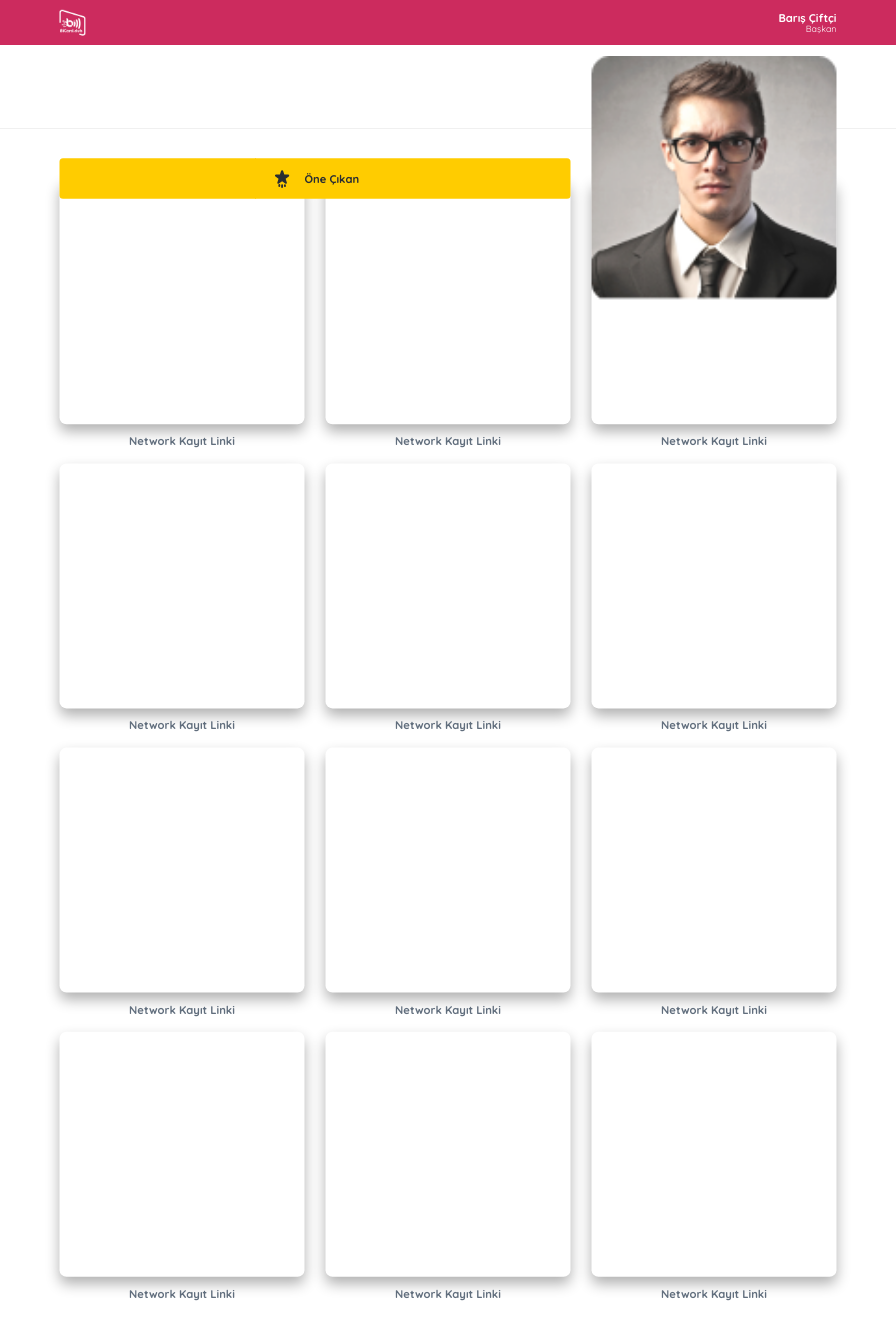
Repository: KayahanKahriman/bicard
Page: index.html
An editor plug-in stored every save of this project. The page is shown before and after the next save, followed by the edit.
The browser window is 1280 px wide. The pictures show the whole page, at 70% of full size.
The style sheet was rebuilt from its Sass, Less or Tailwind sources for each picture, by a compiler version that may differ from the author's.

Above is the page before, as saved 2021-12-01 12:53:00.

### index.html
<!doctype html>
<html>

<head>
    <meta name="viewport" content="width=device-width, initial-scale=1, maximum-scale=1, user-scalable=no">
    <meta charset="utf-8" />
    <title>Title</title>
    <link rel="preconnect" href="https://fonts.googleapis.com">
    <link rel="preconnect" href="https://fonts.gstatic.com" crossorigin>
    <link href="https://fonts.googleapis.com/css2?family=Quicksand:wght@400;500;700&display=swap" rel="stylesheet">
    <link href="./assets/css/style.css" type="text/css" rel="stylesheet" />
</head>

<body>
    <header id="app-bar">
        <div class="container h-100">
            <div class="row h-100 align-items-center justify-content-between">
                <div class="col-1">
                    <img src="./assets/images/logo.png" alt="">
                </div>
                <div class="col-11">
                    <div id="app-bar-right">
                        <p id="person-name">Barış Çiftçi</p>
                        <p id="person-title">Başkan</p>
                    </div>
                </div>
            </div>
        </div>
    </header>

    <section id="profile" class="py-3">
        <div class="container">
            <div class="row align-items-center justify-content-center text-center">
                <div class="col-8">
                    <a href="#" class="button jumbo-button button-has-icon"><img src="./assets/images/ranking.svg" alt="">Öne Çıkan</a>
                </div>
                <div class="col-4">
                    <img class="img-contain" src="./assets/images/avatar.png" alt="">
                </div>
            </div>
        </div>
    </section>

    <section id="icon-grid" class="py-3">
        <div class="container">
            <div class="row">
                <div class="col-4 mb-4">
                    <div class="icon-grid-item">
                        <div class="icon-grid-item-icon">
                            <img src="./assets/images/user-add.png" alt="">
                        </div>
                        <div class="icon-grid-item-title">
                            Network Kayıt Linki
                        </div>
                    </div>
                </div>
                <div class="col-4 mb-4">
                    <div class="icon-grid-item">
                        <div class="icon-grid-item-icon">
                            <img src="./assets/images/user-add.png" alt="">
                        </div>
                        <div class="icon-grid-item-title">
                            Network Kayıt Linki
                        </div>
                    </div>
                </div>
                <div class="col-4 mb-4">
                    <div class="icon-grid-item">
                        <div class="icon-grid-item-icon">
                            <img src="./assets/images/user-add.png" alt="">
                        </div>
                        <div class="icon-grid-item-title">
                            Network Kayıt Linki
                        </div>
                    </div>
                </div>
                <div class="col-4 mb-4">
                    <div class="icon-grid-item">
                        <div class="icon-grid-item-icon">
                            <img src="./assets/images/user-add.png" alt="">
                        </div>
                        <div class="icon-grid-item-title">
                            Network Kayıt Linki
                        </div>
                    </div>
                </div>
                <div class="col-4 mb-4">
                    <div class="icon-grid-item">
                        <div class="icon-grid-item-icon">
                            <img src="./assets/images/user-add.png" alt="">
                        </div>
                        <div class="icon-grid-item-title">
                            Network Kayıt Linki
                        </div>
                    </div>
                </div>
                <div class="col-4 mb-4">
                    <div class="icon-grid-item">
                        <div class="icon-grid-item-icon">
                            <img src="./assets/images/user-add.png" alt="">
                        </div>
                        <div class="icon-grid-item-title">
                            Network Kayıt Linki
                        </div>
                    </div>
                </div>
                <div class="col-4 mb-4">
                    <div class="icon-grid-item">
                        <div class="icon-grid-item-icon">
                            <img src="./assets/images/user-add.png" alt="">
                        </div>
                        <div class="icon-grid-item-title">
                            Network Kayıt Linki
                        </div>
                    </div>
                </div>
                <div class="col-4 mb-4">
                    <div class="icon-grid-item">
                        <div class="icon-grid-item-icon">
                            <img src="./assets/images/user-add.png" alt="">
                        </div>
                        <div class="icon-grid-item-title">
                            Network Kayıt Linki
                        </div>
                    </div>
                </div>
                <div class="col-4 mb-4">
                    <div class="icon-grid-item">
                        <div class="icon-grid-item-icon">
                            <img src="./assets/images/user-add.png" alt="">
                        </div>
                        <div class="icon-grid-item-title">
                            Network Kayıt Linki
                        </div>
                    </div>
                </div>
                <div class="col-4 mb-4">
                    <div class="icon-grid-item">
                        <div class="icon-grid-item-icon">
                            <img src="./assets/images/user-add.png" alt="">
                        </div>
                        <div class="icon-grid-item-title">
                            Network Kayıt Linki
                        </div>
                    </div>
                </div>
                <div class="col-4 mb-4">
                    <div class="icon-grid-item">
                        <div class="icon-grid-item-icon">
                            <img src="./assets/images/user-add.png" alt="">
                        </div>
                        <div class="icon-grid-item-title">
                            Network Kayıt Linki
                        </div>
                    </div>
                </div>
                <div class="col-4 mb-4">
                    <div class="icon-grid-item">
                        <div class="icon-grid-item-icon">
                            <img src="./assets/images/user-add.png" alt="">
                        </div>
                        <div class="icon-grid-item-title">
                            Network Kayıt Linki
                        </div>
                    </div>
                </div>
            </div>
        </div>
    </section>

    <script src="https://unpkg.com/swiper/swiper-bundle.min.js"></script>
    <script type="text/javascript" src="assets/js/index.js"></script>
</body>

</html>

### assets/scss/style.scss
@import "main";

#app-bar {
  background-color: var(--primary-color);
  height: var(--app-bar-height);
  width: 100%;
  color: white;
  position: fixed;
  top: 0;
  left: 0;
  z-index: 3;

  #person-name,
  #person-title {
    line-height: 1;
    text-align: right;
    margin-bottom: 0;
  }

  #person-name {
    font-weight: 600;
  }

  #person-title {
    font-size: 0.8em;
  }
}

#profile {
  background-color: white;
  position: relative;
  top: var(--app-bar-height);
  position: sticky;
  width: 100%;
  height: var(--profile-height);
  border-bottom: 1px solid var(--border-color);
  z-index: 3;
}

#icon-grid {
  position: relative;
  top: var(--profile-height);
}

/*------------------------------------*\
    RESPONSIVE
\*------------------------------------*/

@media only screen and (min-width: 320px) {
}

@media only screen and (min-width: 480px) {
}

@media only screen and (min-width: 768px) {
}

@media only screen and (min-width: 1024px) {
}

@media only screen and (min-width: 1140px) {
}

@media only screen and (min-width: 1280px) {
}

@media only screen and (-webkit-min-device-pixel-ratio: 1.5),
  only screen and (min-resolution: 144dpi) {
}

### assets/scss/_main.scss
@import "./flex-grid/flexgrid";
@import "vars";
@import "https://unpkg.com/swiper/swiper-bundle.min.css";

*,
*:after,
*:before {
  margin: 0;
  padding: 0;
  -webkit-font-smoothing: antialiased;
  text-rendering: optimizeLegibility;
}

.row-no-padding {
  margin-left: 0;
  margin-right: 0;

  [class*="col-"] {
    padding-left: 0 !important;
    padding-right: 0 !important;
  }
}

a {
  color: var(--link-color);
  text-decoration: none;
}

a:hover,
a:focus,
a:active {
  text-decoration: none;
  outline: none;
}

html,
body {
  height: 100%;
  min-height: 100%;
}

body {
  font-size: 16px;
  color: var(--text-color);
  font-family: var(--primary-font);
  font-weight: 400;
}

.button {
  border-radius: 5px;
  padding: 0.5em 1em;
  transition: all 0.3s ease-in-out;

  &:hover {
    color: var(--text-color);
  }
}

.primary-button {
  background-color: var(--primary-color);

  &:hover {
    background-color: var(--primary-font);
  }
}

.jumbo-button {
  background-color: var(--secondary-color);
  font-weight: 600;
  padding: 0.8em 2em;

  &:hover {
    background-color: var(--darker-secondary-color);
  }
}

.button-has-icon {
  display: flex;
  align-items: center;
  justify-content: center;
  column-gap: 1em;

  img,
  svg {
    width: 2em;
    height: 2em;
    object-position: center;
    object-fit: contain;
  }
}

.img-contain {
  width: 100%;
  height: 100%;
  object-fit: contain;
  object-position: center center;
}
.icon-grid-item {
  display: flex;
  flex-direction: column;
  text-align: center;
  font-weight: 600;
  gap: 1em;

  .icon-grid-item-icon {
    border-radius: 10px;
    box-shadow: 0 10px 20px #00000050;
    width: 100%;
    display: flex;
    justify-content: center;
    align-items: center;
    aspect-ratio: 1 / 1;
  }

  .icon-grid-item-title {
    line-height: 1;
    color: var(--alt-text-color);
  }
}

### assets/scss/flex-grid/_flexgrid.scss
@import "functions";
@import "variables";
@import "mixins";
@import "reboot";
@import "utilities";
@import "grid";

### assets/scss/flex-grid/_mixins.scss
// Toggles
//
// Used in conjunction with global variables to enable certain theme features.

// Vendor
@import "vendor/rfs";


// Utilities
@import "mixins/breakpoints";
@import "mixins/image";
@import "mixins/hover";
@import "mixins/deprecate";
@import "mixins/text-hide";
@import "mixins/text-truncate";
@import "mixins/text-emphasis";
@import "mixins/size";


// // Layout
@import "mixins/clearfix";
@import "mixins/grid-framework";
@import "mixins/grid";
@import "mixins/float";

### assets/scss/flex-grid/mixins/_image.scss
// Image Mixins
// - Responsive image
// - Retina image


// Responsive image
//
// Keep images from scaling beyond the width of their parents.

@mixin img-fluid {
  // Part 1: Set a maximum relative to the parent
  max-width: 100%;
  // Part 2: Override the height to auto, otherwise images will be stretched
  // when setting a width and height attribute on the img element.
  height: auto;
}


// Retina image
//
// Short retina mixin for setting background-image and -size.

@mixin img-retina($file-1x, $file-2x, $width-1x, $height-1x) {
  background-image: url($file-1x);

  // Autoprefixer takes care of adding -webkit-min-device-pixel-ratio and -o-min-device-pixel-ratio,
  // but doesn't convert dppx=>dpi.
  // There's no such thing as unprefixed min-device-pixel-ratio since it's nonstandard.
  // Compatibility info: https://caniuse.com/#feat=css-media-resolution
  @media only screen and (min-resolution: 192dpi), // IE9-11 don't support dppx
    only screen and (min-resolution: 2dppx) { // Standardized
    background-image: url($file-2x);
    background-size: $width-1x $height-1x;
  }
  @include deprecate("`img-retina()`", "v4.3.0", "v5");
}

### assets/scss/flex-grid/mixins/_hover.scss
// Hover mixin and `$enable-hover-media-query` are deprecated.
//
// Originally added during our alphas and maintained during betas, this mixin was
// designed to prevent `:hover` stickiness on iOS-an issue where hover styles
// would persist after initial touch.
//
// For backward compatibility, we've kept these mixins and updated them to
// always return their regular pseudo-classes instead of a shimmed media query.
//
// Issue: https://github.com/twbs/bootstrap/issues/25195

@mixin hover {
  &:hover { @content; }
}

@mixin hover-focus {
  &:hover,
  &:focus {
    @content;
  }
}

@mixin plain-hover-focus {
  &,
  &:hover,
  &:focus {
    @content;
  }
}

@mixin hover-focus-active {
  &:hover,
  &:focus,
  &:active {
    @content;
  }
}

### assets/scss/flex-grid/mixins/_grid-framework.scss
// Framework grid generation
//
// Used only by Bootstrap to generate the correct number of grid classes given
// any value of `$grid-columns`.

@mixin make-grid-columns($columns: $grid-columns, $gutter: $grid-gutter-width, $breakpoints: $grid-breakpoints) {
  // Common properties for all breakpoints
  %grid-column {
    position: relative;
    width: 100%;
    padding-right: $gutter / 2;
    padding-left: $gutter / 2;
  }

  @each $breakpoint in map-keys($breakpoints) {
    $infix: breakpoint-infix($breakpoint, $breakpoints);

    // Allow columns to stretch full width below their breakpoints
    @for $i from 1 through $columns {
      .col#{$infix}-#{$i} {
        @extend %grid-column;
      }
    }
    .col#{$infix},
    .col#{$infix}-auto {
      @extend %grid-column;
    }

    @include media-breakpoint-up($breakpoint, $breakpoints) {
      // Provide basic `.col-{bp}` classes for equal-width flexbox columns
      .col#{$infix} {
        flex-basis: 0;
        flex-grow: 1;
        max-width: 100%;
      }
      .col#{$infix}-auto {
        flex: 0 0 auto;
        width: auto;
        max-width: 100%; // Reset earlier grid tiers
      }

      @for $i from 1 through $columns {
        .col#{$infix}-#{$i} {
          @include make-col($i, $columns);
        }
      }

      .order#{$infix}-first { order: -1; }

      .order#{$infix}-last { order: $columns + 1; }

      @for $i from 0 through $columns {
        .order#{$infix}-#{$i} { order: $i; }
      }

      // `$columns - 1` because offsetting by the width of an entire row isn't possible
      @for $i from 0 through ($columns - 1) {
        @if not ($infix == "" and $i == 0) { // Avoid emitting useless .offset-0
          .offset#{$infix}-#{$i} {
            @include make-col-offset($i, $columns);
          }
        }
      }
    }
  }
}

### assets/scss/flex-grid/mixins/_grid.scss
/// Grid system
//
// Generate semantic grid columns with these mixins.

@mixin make-container($gutter: $grid-gutter-width) {
  width: 100%;
  padding-right: $gutter / 2;
  padding-left: $gutter / 2;
  margin-right: auto;
  margin-left: auto;
}


// For each breakpoint, define the maximum width of the container in a media query
@mixin make-container-max-widths($max-widths: $container-max-widths, $breakpoints: $grid-breakpoints) {
  @each $breakpoint, $container-max-width in $max-widths {
    @include media-breakpoint-up($breakpoint, $breakpoints) {
      max-width: $container-max-width;
    }
  }
}

@mixin make-row($gutter: $grid-gutter-width) {
  display: flex;
  flex-wrap: wrap;
  margin-right: -$gutter / 2;
  margin-left: -$gutter / 2;
}

@mixin make-col-ready($gutter: $grid-gutter-width) {
  position: relative;
  // Prevent columns from becoming too narrow when at smaller grid tiers by
  // always setting `width: 100%;`. This works because we use `flex` values
  // later on to override this initial width.
  width: 100%;
  padding-right: $gutter / 2;
  padding-left: $gutter / 2;
}

@mixin make-col($size, $columns: $grid-columns) {
  flex: 0 0 percentage($size / $columns);
  // Add a `max-width` to ensure content within each column does not blow out
  // the width of the column. Applies to IE10+ and Firefox. Chrome and Safari
  // do not appear to require this.
  max-width: percentage($size / $columns);
}

@mixin make-col-offset($size, $columns: $grid-columns) {
  $num: $size / $columns;
  margin-left: if($num == 0, 0, percentage($num));
}

### assets/scss/flex-grid/_utilities.scss
@import "utilities/align";
@import "utilities/clearfix";
@import "utilities/display";
@import "utilities/flex";
@import "utilities/float";
@import "utilities/position";
@import "utilities/text";
@import "utilities/spacing";
@import "utilities/sizing";

### assets/scss/flex-grid/utilities/_text.scss
// stylelint-disable declaration-no-important

//
// Text
//

.text-monospace { font-family: $font-family-monospace !important; }

// Alignment

.text-justify  { text-align: justify !important; }
.text-wrap     { white-space: normal !important; }
.text-nowrap   { white-space: nowrap !important; }
.text-truncate { @include text-truncate; }

// Responsive alignment

@each $breakpoint in map-keys($grid-breakpoints) {
  @include media-breakpoint-up($breakpoint) {
    $infix: breakpoint-infix($breakpoint, $grid-breakpoints);

    .text#{$infix}-left   { text-align: left !important; }
    .text#{$infix}-right  { text-align: right !important; }
    .text#{$infix}-center { text-align: center !important; }
  }
}

// Transformation

.text-lowercase  { text-transform: lowercase !important; }
.text-uppercase  { text-transform: uppercase !important; }
.text-capitalize { text-transform: capitalize !important; }

// Weight and italics

.font-weight-light   { font-weight: $font-weight-light !important; }
.font-weight-lighter { font-weight: $font-weight-lighter !important; }
.font-weight-normal  { font-weight: $font-weight-normal !important; }
.font-weight-bold    { font-weight: $font-weight-bold !important; }
.font-weight-bolder  { font-weight: $font-weight-bolder !important; }
.font-italic         { font-style: italic !important; }

// Contextual colors

.text-white { color: $white !important; }

@each $color, $value in $theme-colors {
  @include text-emphasis-variant(".text-#{$color}", $value);
}

.text-body { color: $body-color !important; }
.text-muted { color: $text-muted !important; }

.text-black-50 { color: rgba($black, .5) !important; }
.text-white-50 { color: rgba($white, .5) !important; }

// Misc

.text-hide {
  @include text-hide($ignore-warning: true);
}

.text-decoration-none { text-decoration: none !important; }

.text-break {
  word-break: break-word !important; // IE & < Edge 18
  overflow-wrap: break-word !important;
}

// Reset

.text-reset { color: inherit !important; }

### assets/scss/flex-grid/utilities/_spacing.scss
// stylelint-disable declaration-no-important

// Margin and Padding

@each $breakpoint in map-keys($grid-breakpoints) {
  @include media-breakpoint-up($breakpoint) {
    $infix: breakpoint-infix($breakpoint, $grid-breakpoints);

    @each $prop, $abbrev in (margin: m, padding: p) {
      @each $size, $length in $spacers {
        .#{$abbrev}#{$infix}-#{$size} { #{$prop}: $length !important; }
        .#{$abbrev}t#{$infix}-#{$size},
        .#{$abbrev}y#{$infix}-#{$size} {
          #{$prop}-top: $length !important;
        }
        .#{$abbrev}r#{$infix}-#{$size},
        .#{$abbrev}x#{$infix}-#{$size} {
          #{$prop}-right: $length !important;
        }
        .#{$abbrev}b#{$infix}-#{$size},
        .#{$abbrev}y#{$infix}-#{$size} {
          #{$prop}-bottom: $length !important;
        }
        .#{$abbrev}l#{$infix}-#{$size},
        .#{$abbrev}x#{$infix}-#{$size} {
          #{$prop}-left: $length !important;
        }
      }
    }

    // Negative margins (e.g., where `.mb-n1` is negative version of `.mb-1`)
    @each $size, $length in $spacers {
      @if $size != 0 {
        .m#{$infix}-n#{$size} { margin: -$length !important; }
        .mt#{$infix}-n#{$size},
        .my#{$infix}-n#{$size} {
          margin-top: -$length !important;
        }
        .mr#{$infix}-n#{$size},
        .mx#{$infix}-n#{$size} {
          margin-right: -$length !important;
        }
        .mb#{$infix}-n#{$size},
        .my#{$infix}-n#{$size} {
          margin-bottom: -$length !important;
        }
        .ml#{$infix}-n#{$size},
        .mx#{$infix}-n#{$size} {
          margin-left: -$length !important;
        }
      }
    }

    // Some special margin utils
    .m#{$infix}-auto { margin: auto !important; }
    .mt#{$infix}-auto,
    .my#{$infix}-auto {
      margin-top: auto !important;
    }
    .mr#{$infix}-auto,
    .mx#{$infix}-auto {
      margin-right: auto !important;
    }
    .mb#{$infix}-auto,
    .my#{$infix}-auto {
      margin-bottom: auto !important;
    }
    .ml#{$infix}-auto,
    .mx#{$infix}-auto {
      margin-left: auto !important;
    }
  }
}

### assets/scss/flex-grid/_grid.scss
// Container widths
//
// Set the container width, and override it for fixed navbars in media queries.

@if $enable-grid-classes {
  .container {
    @include make-container();
    @include make-container-max-widths();
  }
}

// Fluid container
//
// Utilizes the mixin meant for fixed width containers, but with 100% width for
// fluid, full width layouts.

@if $enable-grid-classes {
  .container-fluid {
    @include make-container();
  }
}

// Row
//
// Rows contain and clear the floats of your columns.

@if $enable-grid-classes {
  .row {
    @include make-row();
  }

  // Remove the negative margin from default .row, then the horizontal padding
  // from all immediate children columns (to prevent runaway style inheritance).
  .no-gutters {
    margin-right: 0;
    margin-left: 0;

    > .col,
    > [class*="col-"] {
      padding-right: 0;
      padding-left: 0;
    }
  }
}

// Columns
//
// Common styles for small and large grid columns

@if $enable-grid-classes {
  @include make-grid-columns();
}

### assets/scss/_vars.scss
:root {
  // Fonts
  --quicksand: "Quicksand", sans-serif;
  --primary-font: var(--quicksand);

  // Colors
  --primary-color: #cc2b5e;
  --darker-primary-color: #b12451;
  --secondary-color: #ffcc00;
  --darker-secondary-color: #d4aa00;
  --text-color: #292d32;
  --link-color: #292d32;
  --alt-text-color: #616e7d;
  --border-color: #eaeaea;

  // Sizes
  --app-bar-height: 4em;
  --profile-height: 7.5em;
}

Loaded but not shown: assets/scss/flex-grid/vendor/_rfs.scss (common file); assets/scss/flex-grid/mixins/_deprecate.scss (common file); assets/scss/flex-grid/mixins/_text-hide.scss (common file); assets/scss/flex-grid/mixins/_text-truncate.scss (common file); assets/scss/flex-grid/mixins/_text-emphasis.scss (common file); assets/scss/flex-grid/mixins/_size.scss (common file); assets/scss/flex-grid/mixins/_clearfix.scss (common file); assets/scss/flex-grid/mixins/_float.scss (common file); assets/scss/flex-grid/utilities/_align.scss (common file); assets/scss/flex-grid/utilities/_clearfix.scss (common file); assets/scss/flex-grid/utilities/_display.scss (common file); assets/scss/flex-grid/utilities/_float.scss (common file); assets/scss/flex-grid/utilities/_position.scss (common file); assets/scss/flex-grid/utilities/_sizing.scss (common file); assets/js/index.js (6 lines, source omitted); assets/scss/flex-grid/_variables.scss (1123 lines, source omitted); assets/scss/flex-grid/_reboot.scss (483 lines, source omitted); assets/scss/flex-grid/mixins/_breakpoints.scss (123 lines, source omitted); assets/scss/flex-grid/utilities/_flex.scss (51 lines, source omitted); assets/scss/flex-grid/_functions.scss (86 lines, source omitted)

After the next save:
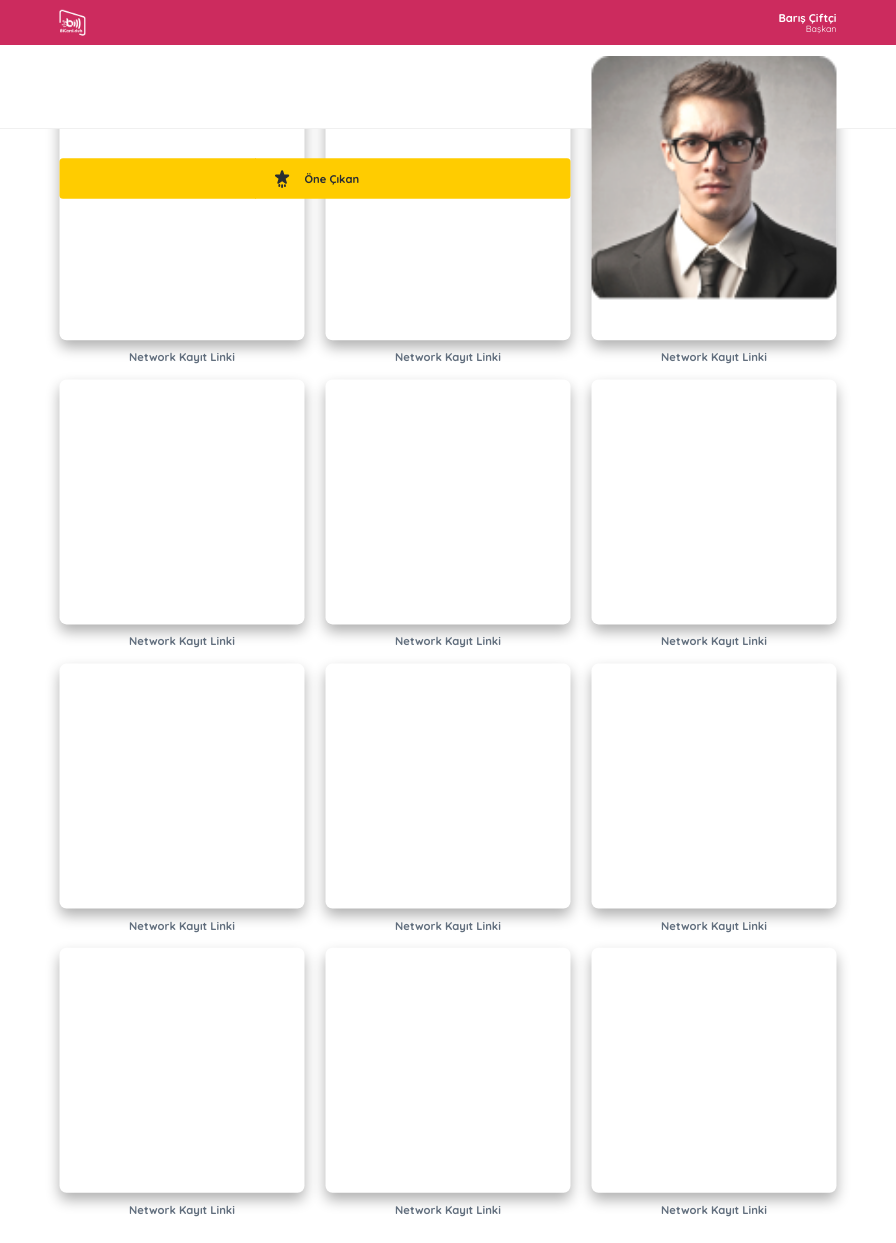
Saved 5 s later.
--- a/assets/scss/style.scss
+++ b/assets/scss/style.scss
@@ -39,7 +39,6 @@
 
 #icon-grid {
   position: relative;
-  top: var(--profile-height);
 }
 
 /*------------------------------------*\
